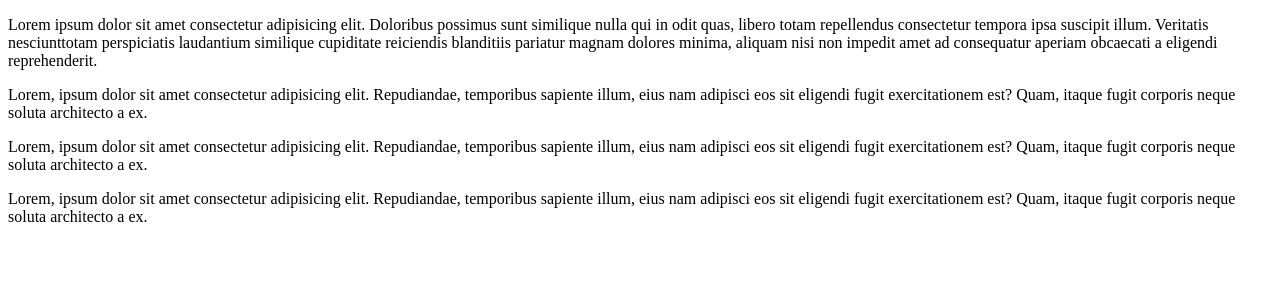
Repository: KikiMcArron/Don_Kiki_McArron
Page: index.html
An editor plug-in stored every save of this project. The page is shown before and after the next save, followed by the edit.
The browser window is 1280 px wide. The pictures show the whole page.

Above is the page before, as saved 2022-04-08 12:25:32.

### index.html
<!DOCTYPE html>
<html lang="pl">

<head>
    <meta charset="UTF-8">
    <meta http-equiv="X-UA-Compatible" content="IE=edge">
    <meta name="viewport" content="width=device-width, initial-scale=1.0">
    <title>Document</title>
</head>

<body>
    <header>
        <nav></nav>
    </header>
    <main>
        <section class="last_entrie">
            <article>
                <p>Lorem ipsum dolor sit amet consectetur adipisicing elit. Doloribus possimus sunt similique nulla qui in odit quas, libero totam repellendus consectetur tempora ipsa suscipit illum. Veritatis nesciunttotam
                    perspiciatis laudantium similique cupiditate reiciendis blanditiis pariatur magnam dolores minima,
                    aliquam nisi non impedit amet ad consequatur aperiam obcaecati a eligendi reprehenderit.</p>

            </article>
        </section>
        <section class="prev_entries">
            <article>
                <p>Lorem, ipsum dolor sit amet consectetur adipisicing elit. Repudiandae, temporibus sapiente illum,
                    eius nam adipisci eos sit eligendi fugit exercitationem est? Quam, itaque fugit corporis neque
                    soluta architecto a ex.</p>
            </article>
            <article>
                <p>Lorem, ipsum dolor sit amet consectetur adipisicing elit. Repudiandae, temporibus sapiente illum,
                    eius nam adipisci eos sit eligendi fugit exercitationem est? Quam, itaque fugit corporis neque
                    soluta architecto a ex.</p>
            </article>
            <article>
                <p>Lorem, ipsum dolor sit amet consectetur adipisicing elit. Repudiandae, temporibus sapiente illum,
                    eius nam adipisci eos sit eligendi fugit exercitationem est? Quam, itaque fugit corporis neque
                    soluta architecto a ex.</p>
            </article>
        </section>
        <section class="hitory_entries"></section>
    </main>
    <aside class="notes"></aside>
    <aside class="projects"></aside>
    <footer></footer>
</body>

</html>

After the next save:
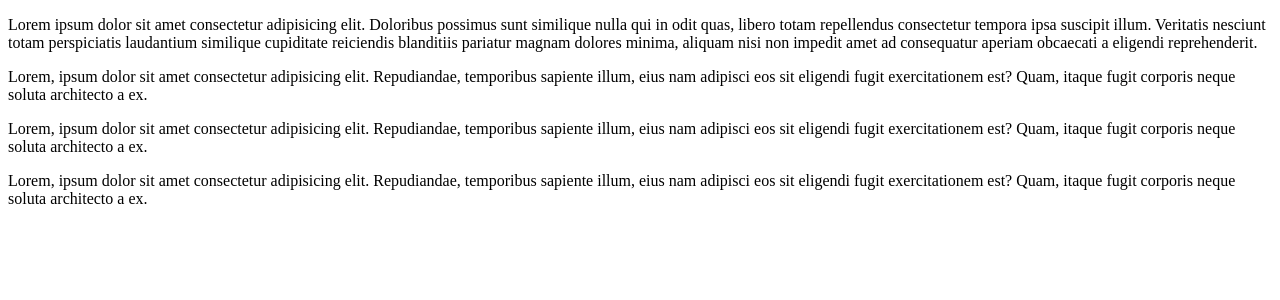
Saved 21 min 44 s later.
--- a/index.html
+++ b/index.html
@@ -15,7 +15,7 @@
     <main>
         <section class="last_entrie">
             <article>
-                <p>Lorem ipsum dolor sit amet consectetur adipisicing elit. Doloribus possimus sunt similique nulla qui in odit quas, libero totam repellendus consectetur tempora ipsa suscipit illum. Veritatis nesciunttotam
+                <p>Lorem ipsum dolor sit amet consectetur adipisicing elit. Doloribus possimus sunt similique nulla qui in odit quas, libero totam repellendus consectetur tempora ipsa suscipit illum. Veritatis nesciunt totam
                     perspiciatis laudantium similique cupiditate reiciendis blanditiis pariatur magnam dolores minima,
                     aliquam nisi non impedit amet ad consequatur aperiam obcaecati a eligendi reprehenderit.</p>
 
@@ -23,6 +23,7 @@
         </section>
         <section class="prev_entries">
             <article>
+
                 <p>Lorem, ipsum dolor sit amet consectetur adipisicing elit. Repudiandae, temporibus sapiente illum,
                     eius nam adipisci eos sit eligendi fugit exercitationem est? Quam, itaque fugit corporis neque
                     soluta architecto a ex.</p>
